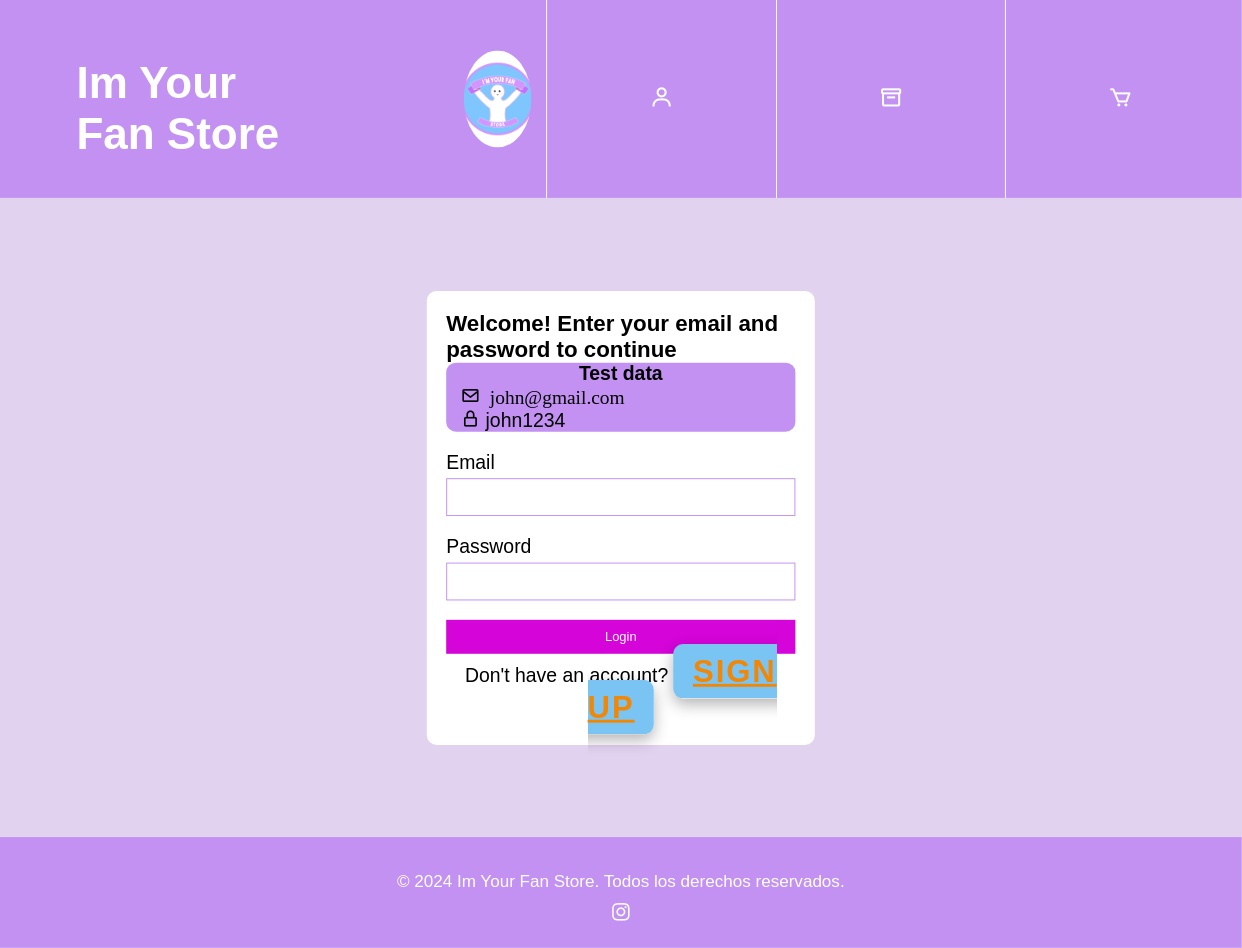
Repository: imyourfan-store/e-commerce
Page: /#/login
An editor plug-in stored every save of this project. The page is shown before and after the next save, followed by the edit.
The browser window is 1280 px wide. The pictures show the whole page, at 97% of full size.
The pointer rests on the first visible `.login__text-footer span`.
The project was rebuilt for these pictures with package versions that can differ from the ones it lists, and the page was loaded fresh each time. Also part of the build but not shown: vite.config.js, src/components/home/styles/ProductCard.css, src/components/home/ProductCard.jsx, src/components/home/Categories.jsx, src/pages/Home.jsx, src/components/productId/styles/ProductInfo.css, src/components/productId/ProductInfo.jsx, src/components/productId/SimilarProducts.jsx and 15 more.

Above is the page before, as saved 2025-02-16 23:02:28.

### index.html
<!DOCTYPE html>
<html lang="en">
  <head>
    <meta charset="UTF-8" />
    <link rel="icon" type="image/svg+xml" href="/Icono Redes Sociales - IYF.jpg" />
    <meta name="viewport" content="width=device-width, initial-scale=1.0" />
    <link rel="stylesheet" href="./src/index.css">
    <link
      href="https://unpkg.com/boxicons@2.1.4/css/boxicons.min.css"
      rel="stylesheet"
    />
    <title>Im Your Fan Store</title>
  </head>
  <body>
    <div id="root"></div>
    <script type="module" src="/src/main.jsx"></script>

  </body>
</html>

### src/index.css
:root {
  --color-lila: #C291F2;
  --color-lilaclaro: #e1d7ea;/* Color lila claro */
  --color-texto: #000000;
  --color-fussia: #D504D9;
  --color-azul: #79C4F2;
  --color-mostaza: #F2B705;
  --color-naranja: #F28705;
  --color-input: #EEF5F9;
  --color-blanquito: #ffffff;
  --color-celeste: #79C4F2;
  --color-rgba-rojo: rgba(255, 0, 0, 0.1);
  --color-rojo: #FF0000;
}

body {
  margin: 0;
  font-family: Arial, sans-serif;
  background-color: var(--color-lilaclaro);
  text-decoration: none;
}

### src/main.jsx
import React from 'react'
import ReactDOM from 'react-dom/client'
import App from './App'
import './index.css'
import { HashRouter } from 'react-router-dom'
import { Provider } from 'react-redux'
import store from './store'

ReactDOM.createRoot(document.getElementById('root')).render(
  <React.StrictMode>
    <HashRouter>
      <Provider store={store}>
        <App />
      </Provider>
    </HashRouter>
  </React.StrictMode>,
)

### src/App.jsx
import { Route, Routes } from 'react-router-dom';
import './App.css';
import Home from './pages/Home';
import Login from './pages/Login';
import ProductId from './pages/ProductId';
import Purchases from './pages/Purchases';
import Cart from './pages/Cart';
import ProtectedRoutes from './components/app/ProtectedRoutes';
import Header from './layout/Header';
import Footer from './layout/Footer';
import Us from './pages/Us';

function App() {
  return (
    <div className="App">
      <Header />
      <Routes>
        <Route path='/' element={<Home />} />
        <Route path='/login' element={<Login />} />
        <Route path='/products/:id' element={<ProductId />} />

        {/* Rutas protegidas */}
        <Route element={<ProtectedRoutes />}>
          <Route path='/purchases' element={<Purchases />} />
          <Route path='/cart' element={<Cart />} />
        </Route>
      </Routes>
      <Footer />
    </div>
  );
}

export default App;

### src/pages/Login.jsx
import React from 'react';
import { useForm } from 'react-hook-form';
import { useDispatch, useSelector } from 'react-redux';
import { logOutUserThunk, loginUserThunk } from '../store/slices/userInfo.slice';
import './styles/Login.css';

const Login = () => {
  const { token, user } = useSelector((state) => state.userInfo);

  const { register, handleSubmit } = useForm();

  const dispatch = useDispatch();

  const submit = (data) => {
    dispatch(loginUserThunk(data));
  };

  const handleLogOut = () => {
    dispatch(logOutUserThunk());
  };

  return (
    <main className="login">
      {token ? (
        <section className="login__logged">
          <i className="login__logged-icon bx bx-user-circle"></i>
          <h3 className="login__logged-name">{`${user.name}`}</h3>
          <button className="login__logged-btn" onClick={handleLogOut}>
            Log out
          </button>
        </section>
      ) : (
        <form className="login__form" onSubmit={handleSubmit(submit)}>
          <h3 className="login__title">Welcome! Enter your email and password to continue</h3>
          <div className="login__container-test">
            <h4 className="login__test-title">Test data</h4>
            <p className="login__test-email">
              <i className="bx bx-envelope"> john@gmail.com</i>
            </p>
            <p className="login__test-password">
              <i className="bx bx-lock-alt"></i> john1234
            </p>
          </div>
          <div className="login__field">
            <label className="login__label">Email</label>
            <input className="login__input" type="email" {...register('email')} />
          </div>
          <div className="login__field">
            <label className="login__label">Password</label>
            <input className="login__input" type="password" {...register('password')} />
          </div>
          <button className="login__btn">Login</button>
          <p className="login__text-footer">
            Don't have an account? <span>Sign up</span>
          </p>
        </form>
      )}
    </main>
  );
};

export default Login;

### src/layout/Header.jsx
import React from 'react'
import { NavLink } from 'react-router-dom'
import './styles/Header.css'

const Header = () => {
  return (
    <header className='header'>
      <NavLink className='header__page-name' to='/'><h1>Im Your Fan Store</h1></NavLink>
      <img src='/src/img/Icono Redes Sociales - IYF.jpg' alt='Im Your Fan Store' className='header__logo' />
      <ul className='header__navbar'>
        <li className='header__link'><NavLink to='/login'><i className='bx bx-user'></i></NavLink></li>
        <li className='header__link'><NavLink to='/purchases'><i className='bx bx-box'></i></NavLink></li>
        <li className='header__link'><NavLink to='/cart'><i className='bx bx-cart'></i></NavLink></li>
      </ul>
    </header>
  )
}

export default Header

### src/layout/Footer.jsx
import React from 'react';
import './styles/Footer.css'; // Asegúrate de que el archivo CSS esté en la ruta correcta

const Footer = () => {
  return (
    <footer className="footer">
      <div className="footer__content">
        <p>&copy; 2024 Im Your Fan Store. Todos los derechos reservados.</p>
        <ul className="footer__socials">
          <li>
            <a
              href="https://www.instagram.com/imyourfanstore_7/"
              target="_blank"
              rel="noopener noreferrer"
            >
              <i className="bx bxl-instagram"></i>
            </a>
          </li>
        </ul>
      </div>
    </footer>
  );
}

export default Footer;

### src/pages/styles/Login.css
:root {
  --color-lila: #C291F2;
  --color-lilaclaro: #E6DFF1; /* Color lila claro ajustado */
  --color-texto: #333333; /* Texto en gris oscuro */
  --color-fussia: #D504D9;
  --color-azul: #79C4F2;
  --color-mostaza: #F2B705;
  --color-naranja: #FF914D; /* Naranja ajustado para botones */
  --color-input: #F3E9FA; /* Fondo para inputs */
  --color-blanquito: #ffffff;
  --color-celeste: #A3D2F2; /* Azul celeste suave */
  --color-rgba-rojo: rgba(255, 0, 0, 0.1);
  --color-rojo: #E74C3C; /* Rojo suave para acentos */
}

.login {
  display: flex;
  justify-content: center;
  font-family: Arial, sans-serif;
  align-items: center;
  height: calc(100vh - 60.7px);
  background-color: var(--color-lilaclaro); /* Fondo lila claro */
}

.login__form,
.login__logged {
  text-align: center;
  width: min(100%, 400px);
  display: flex;
  flex-direction: column;
  align-items: center;
  background-color: var(--color-blanquito); /* Fondo blanco */
  padding: 20px;
  border-radius: 10px;
  font-size: 20px;
  margin: 0 10px;
}

.login__logged-icon {
  font-size: 100px;
  color: var(--color-fussia); /* Ícono en color fucsia */
}

.login__logged-btn {
  border: none;
  background-color: var(--color-naranja); /* Botón naranja */
  color: var(--color-blanquito);
  padding: 10px 15px;
  border-radius: 5px;
  cursor: pointer;
}

.login__title {
  font-family: Arial, sans-serif;
  text-align: start;
  font-size: 23px;
  color: var(--color-texto); /* Texto en gris oscuro */
}

.login__container-test {
  background-color: var(--color-lila); /* Fondo para contenedor de prueba */
  width: 100%;
  border-radius: 10px;
  text-align: start;
  padding: 0 15px;
  margin-bottom: 20px;
}

.login__test-title {
  text-align: center;
  color: var(--color-texto);
}

.login__field {
  display: flex;
  flex-direction: column;
  width: 100%;
  text-align: start;
  margin-bottom: 20px;
  gap: 5px;
}

.login__input {
  padding: 10px 15px;
  border: 1px solid var(--color-lila); /* Borde lila */
  font-size: 15px;
  background-color: var(--color-blanquito); /* Fondo blanco para inputs */
}

.login__btn {
  width: 100%;
  padding: 10px 15px;
  border: none;
  background-color: var(--color-fussia); /* Botón de envío en fucsia */
  color: var(--color-blanquito);
  cursor: pointer;
}

.login__text-footer span {
  color: var(--color-naranja) ;
  cursor: pointer;
  font-weight: bold;
}

.login__text-footer span:hover {
  text-decoration: underline;
}

### src/layout/styles/Header.css
:root {
  --color-lila: #C291F2;
  --color-texto: #000000;
  --color-fussia: #D504D9;
  --color-azul: #79C4F2;
  --color-mostaza: #F2B705;
  --color-naranja: #F28705;
  --color-input: #EEF5F9;
  --color-blanquito: #ffffff;
  --color-celeste: #79C4F2;
  --color-rgba-rojo: rgba(255, 0, 0, 0.1);
  --color-rojo: #FF0000;
}

.header {
  display: flex;
  justify-content: space-between;
  align-items: stretch;
  position: sticky;
  top: 0;
  z-index: 2;
  background-color: var(--color-lila);
  border-bottom: 1px solid var(--color-gray);
  text-decoration: none;
}
.header__logo {
  width: 100px;
  height: 100px;
  border-radius: 50%;
  object-fit: cover; /* Asegura que la imagen no se distorsione */

  margin-top: auto;
  margin-bottom: auto;

  margin-left: auto;
  margin-right: auto;

  padding-left: 15px;
  padding-right: 15px;
}

.header__page-name {
  font-size: 12px;
  color: var(--color-blanquito);
  text-decoration: none;
  display: flex;
  align-items: center; /* Asegura que el texto y la imagen estén alineados */
  transition: transform 0.3s ease;
}

/* Efecto de zoom */
.header__page-name:hover {
  transform: scale(1.008);
}
.header__navbar {
  display: flex;
  list-style: none;
  font-size: 25px;
  margin: 0;
  padding: 0;
  flex: 1 1;
}

.header__link {
  display: flex;
  justify-content: center;
  align-items: center;
  width: 33%;
  text-decoration: none;
  border-left: 1px solid var(--color-blanquito);
  transition: transform 0.3s ease, background-color 0.3s ease; /* Agrega una transición */
}

/* Estilos para el hover */
.header__link:hover {
  transform: scale(1.1); /* Escalar el elemento */
  background-color: var(--color-azul); /* Cambiar color de fondo al hacer hover */
  cursor: pointer; /* Cambiar el cursor a puntero */
}

@media (max-width: 600px) {
  .header__link {
    border-left: none;
  }
}

.header__link a {
  color: var(--color-blanquito);
  text-decoration: none;
}

### src/layout/styles/Footer.css
:root {
    --color-lila: #C291F2;
    --color-lilaclaro: #e1d2ef; /* Color lila claro */
    --color-texto: #000000;
    --color-fussia: #D504D9;
    --color-azul: #79C4F2;
    --color-mostaza: #F2B705;
    --color-naranja: #F28705;
    --color-input: #EEF5F9;
    --color-blanquito: #ffffff;
    --color-celeste: #79C4F2;
    --color-rgba-rojo: rgba(255, 0, 0, 0.1);
    --color-rojo: #FF0000;
}

.footer {
    background-color: var(--color-lila);
    color: var(--color-blanquito);
    padding: 20px;
    text-align: center;
    position: relative;
    bottom: 0;
    width: 100%;
}

.footer__content {
    max-width: 1200px;
    margin: 0 auto;
}

.footer__socials {
    list-style: none;
    padding: 0;
    margin: 10px 0 0;
    display: flex;
    justify-content: center;
}

.footer__socials li {
    margin: 0 10px;
}

.footer__socials a {
    color: var(--color-blanquito);
    text-decoration: none;
    font-size: 24px;
}
.footer__socials a:hover {
    color: var(--color-fussia);
}

### src/pages/styles/Us.css

:root {
    --color-lila: #C291F2;
    --color-texto: #000000;
    --color-fussia: #D504D9;
    --color-azul: #79C4F2;
    --color-mostaza: #F2B705;
    --color-naranja: #F28705;
    --color-input: #EEF5F9;
    --color-blanquito: #ffffff;
    --color-celeste: #79C4F2;
    --color-rgba-rojo: rgba(255, 0, 0, 0.1);
    --color-rojo: #FF0000;
}

/* Estilo general para los enlaces */
a {
    text-decoration: none; /* Elimina el subrayado */
    color: var(--color-input); /* Color del enlace */
}

/* Estilo para el span con efecto hover */
span {
    font-size: 2rem;
    font-weight: bold;
    color: var(--color-blanquito);
    padding: 10px 20px;
    border-radius: 10px;
    box-shadow: 0 4px 10px rgba(0, 0, 0, 0.2); /* Sombra sutil */
    text-transform: uppercase; /* Texto en mayúsculas */
    letter-spacing: 2px; /* Espaciado entre letras */
    transition: all 0.3s ease-in-out; /* Transición suave */
}

/* Efecto hover para el span */
span:hover {
    background: linear-gradient(135deg, var(--color-azul), var(--color-azul)); /* Degradado */
    transform: scale(1.1); /* Agrandado */
    box-shadow: 0 6px 15px rgba(0, 0, 0, 0.3); /* Aumento de sombra */
}

/* Estilos para los enlaces de navegación */
.nav_link {
    margin-right: 20px;
}

.nav_link a {
    text-decoration: none;
    font-size: 1.2rem;
    color: var(--color-blanquito);
    padding: 8px 15px;
    border-radius: 5px;
    transition: background-color 0.3s ease-in-out, color 0.3s ease-in-out;
}

/* Efecto hover para los enlaces */
.nav_link a:hover {
    background-color: var(--color-blanquito);
    color: var(--color-fussia);
}

/* Estilos del formulario de búsqueda */
.navbar_search {
    position: relative;
}

.search_icon img {
    width: 30px;
    height: 30px;
    cursor: pointer;
    transition: transform 0.3s ease;
}

/* Efecto hover en el ícono de búsqueda */
.search_icon:hover img {
    transform: scale(1.2);
}

/* Adaptación para pantallas pequeñas */
@media (max-width: 768px) {
    .navbar_nav {
        flex-direction: column;
    }

    .nav_list {
        flex-direction: column;
    }

    .nav_link {
        margin-bottom: 10px;
    }
}

/* Contenedor de la barra de navegación */
.container-navbar {
    background-color: var(--color-lila);
    display: flex;
    justify-content: center;
    width: 100%;
}

/* Diseño de la navbar */
.navbar {
    display: flex;
    justify-content: space-between;
    align-items: center;
    width: 100%;
    height: 100%;
    margin: 20px;
}

.navbar_logo {
    display: flex;
    align-items: center;
}

.navbar_logo img {
    height: 60px;
    margin-right: 20px;
    border-radius: 10%;
}

.navbar_logo span {
    font-weight: 100;
    font-size: 1.5rem;
    color: var(--color-naranja);
}

/* Estilos adicionales para la navbar en dispositivos pequeños */
.navbar_nav {
    display: flex;
    align-items: center;
}

.navbar_nav>* {
    margin-left: 40px;
}

.nav_list {
    display: flex;
    list-style: none;
}

.nav_link {
    margin-left: 40px;
    font-size: 1.1rem;
    font-weight: 500;
}

.nav_link a {
    color: var(--color-blanquito);
    position: relative;
}

.nav_link a::after {
    content: "";
    position: absolute;
    width: 100%;
    height: 2px;
    bottom: 0;
    left: 0;
    background-color: var(--color-mostaza);
    opacity: 0;
    transition: opacity 0.3s ease-in-out;
}

.nav_link:hover a::after {
    opacity: 1;
}

/* Estilos para el ícono de búsqueda */
.search_icon img {
    height: 28px;
}

.navbar_toogle-btn {
    background-color: transparent;
    border: none;
    cursor: pointer;
    display: none;
}

/* Estilos para el botón de "Iniciar sesión" */
.button {
    display: inline-block;
    padding: 10px 20px;
    text-decoration: none;
    font-size: 16px;
    font-weight: bold;
    color: var(--color-blanquito);
    border-radius: 5px;
    transition: background-color 0.3s ease, transform 0.3s ease;
}

.button-primary {
    background-color: var(--color-azul);
}

.button-saber-mas {
    margin-left: 10px;
}

.button-primary:hover {
    background-color: #558BBF;
    color: var(--color-blanquito);
    transform: translateY(-2px);
}

.navbar_mobile-menu {
    display: none;
}

/* Estilos para la navbar móvil */
@media only screen and (max-width: 895px) {
    .nav_list {
        display: none;
    }

    .navbar_nav>* {
        margin-left: 20px;
    }

    .navbar_mobile-menu {
        display: flex;
        flex-direction: column;
        position: absolute;
        top: 130px;
        right: 0;
        background-color: var(--color-lila);
        width: 100%;
        box-shadow: 0 2px 10px rgba(0, 0, 0, 0.1);
        z-index: 1;
    }

    .nav_link-mobile {
        margin-left: 40px;
        font-size: 1.1rem;
        font-weight: 500;
        margin-top: 5px;
    }

    .nav_list-mobile {
        list-style: none;
        padding: 20px;
        margin-bottom: 15px;
    }

    .nav_list-mobile a {
        color: var(--color-blanquito);
        position: relative;
        text-decoration: none;
    }

    .nav_link-mobile a::after {
        content: "";
        position: absolute;
        width: 100%;
        height: 2px;
        bottom: 0;
        left: 0;
        background-color: var(--color-mostaza);
        opacity: 0;
        transition: opacity 0.3s ease-in-out;
    }

    .nav_link-mobile:hover a::after {
        opacity: 1;
    }

    .navbar_toogle-btn {
        display: block;
    }

    .navbar_toogle-btn img {
        height: 28px;
    }
}

@media only screen and (max-width: 510px) {
    .search_icon {
        display: none;
    }

    .button-saber-mas {
        margin: 0;
    }
}

Loaded but not shown: src/store/slices/cart.slice.js (63 lines, source omitted); src/store/slices/userInfo.slice.js (37 lines, source omitted); src/store/slices/products.slice.js (26 lines, source omitted); src/store/index.js (8 lines, source omitted); src/utils/configAxios.js (9 lines, source omitted); src/pages/styles/Home.css (681 lines, source omitted); src/App.css (no stored copy; drawn as an empty file)

After the next save:
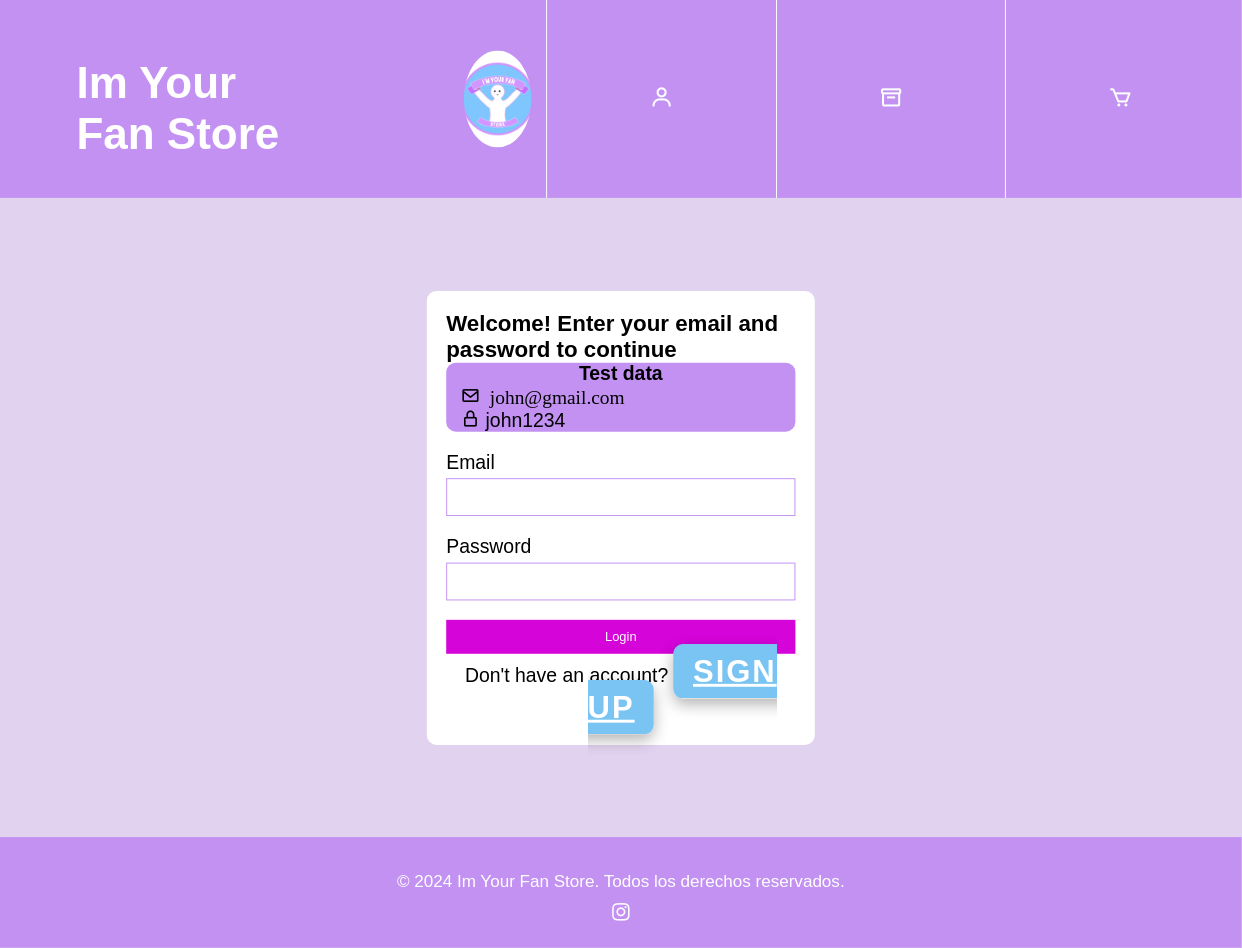
Saved 21 s later.
--- a/src/pages/styles/Login.css
+++ b/src/pages/styles/Login.css
@@ -104,4 +104,5 @@
 
 .login__text-footer span:hover {
   text-decoration: underline;
+  color: var(--color-blanquito)
 }
